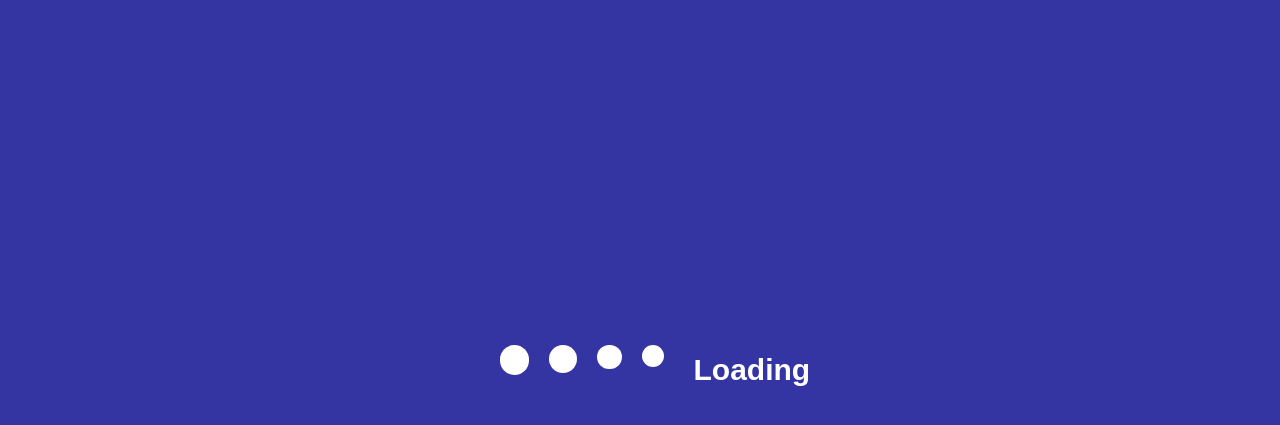
Repository: DevMike1993/100_Projects_HTML_CSS_JAVASCRIPT
Page: 02_Creative_Loading_Animation/index.html
The author's editor kept a copy of each file at every save. The page is drawn from the files as they stood at one save, then again after the next save.
The browser window is 1280 px wide. The pictures show the whole page.

Above is the page before, as saved 2023-11-26 17:34:16.

### 02_Creative_Loading_Animation/index.html
<!DOCTYPE html>
<html lang="en">
<head>
    <meta charset="UTF-8">
    <meta name="viewport" content="width=device-width, initial-scale=1.0">
    <title>Loading Animation</title>
    <link rel="stylesheet" href="style.css">
</head>
<body>
    <section class="wrapper">
        <div class="loader">
            <div class="loading one"></div>
            <div class="loading two"></div>
            <div class="loading three"></div>
            <div class="loading four"></div>
        </div>
        <section class="content">
            <h1>Loading</h1>
        </section>
    </section>
</body>
</html>

### 02_Creative_Loading_Animation/style.css
*{
    margin: 0;
    padding: 0;
    box-sizing: border-box;
    font-family: sans-serif;
}

body{
    background: #00008bcb;
}

.wrapper{
    display: flex;
    justify-content: center;
    align-items: center;
    min-height: 100vh;
}

.content{
    text-align: center;

}

.content h1{
    font-size: 30px;
    color: #fff;
    font-weight: 600;
    transition: 0.5s;
    margin-top: 20px;


}

.content h1:hover{
        -webkit-text-stroke: 2px white;
        color: transparent;
}


.wrapper .loader{
    display: flex;
    justify-content: space-evenly;
    padding:  20px;
}

.loader .loading{
    background: #fff;
    width: 30px;
    height: 30px;
    border-radius: 50px;
    margin: 0 10px;
    animation: load 0.8s ease infinite;
}

.loader .loading.one{
    animation-delay: 0.3s;
}

.loader .loading.two{
    animation-delay: 0.4s;
}

.loader .loading.three{
    animation-delay: 0.5s;
}

@keyframes load {
    0% {
        width: 30px;
        height: 30px;
    }
    50%{
        width: 20px;
        height: 20px;
    }
}

After the next save:
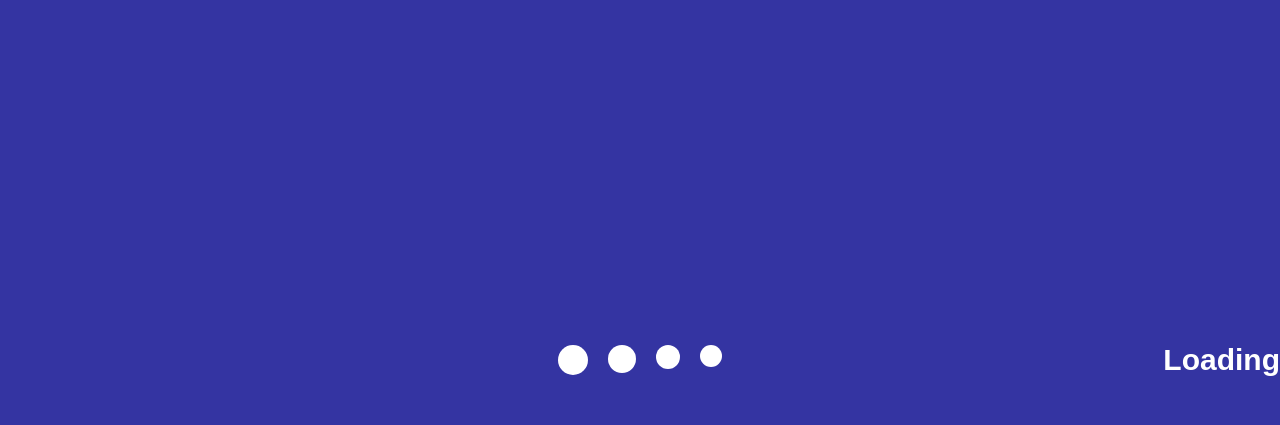
Saved 14 s later.
--- a/02_Creative_Loading_Animation/style.css
+++ b/02_Creative_Loading_Animation/style.css
@@ -18,7 +18,9 @@ body{
 
 .content{
     text-align: center;
-
+    position: absolute;
+    right: 0;
+    bottom: 50;
 }
 
 .content h1{
@@ -26,7 +28,6 @@ body{
     color: #fff;
     font-weight: 600;
     transition: 0.5s;
-    margin-top: 20px;
 
 
 }
